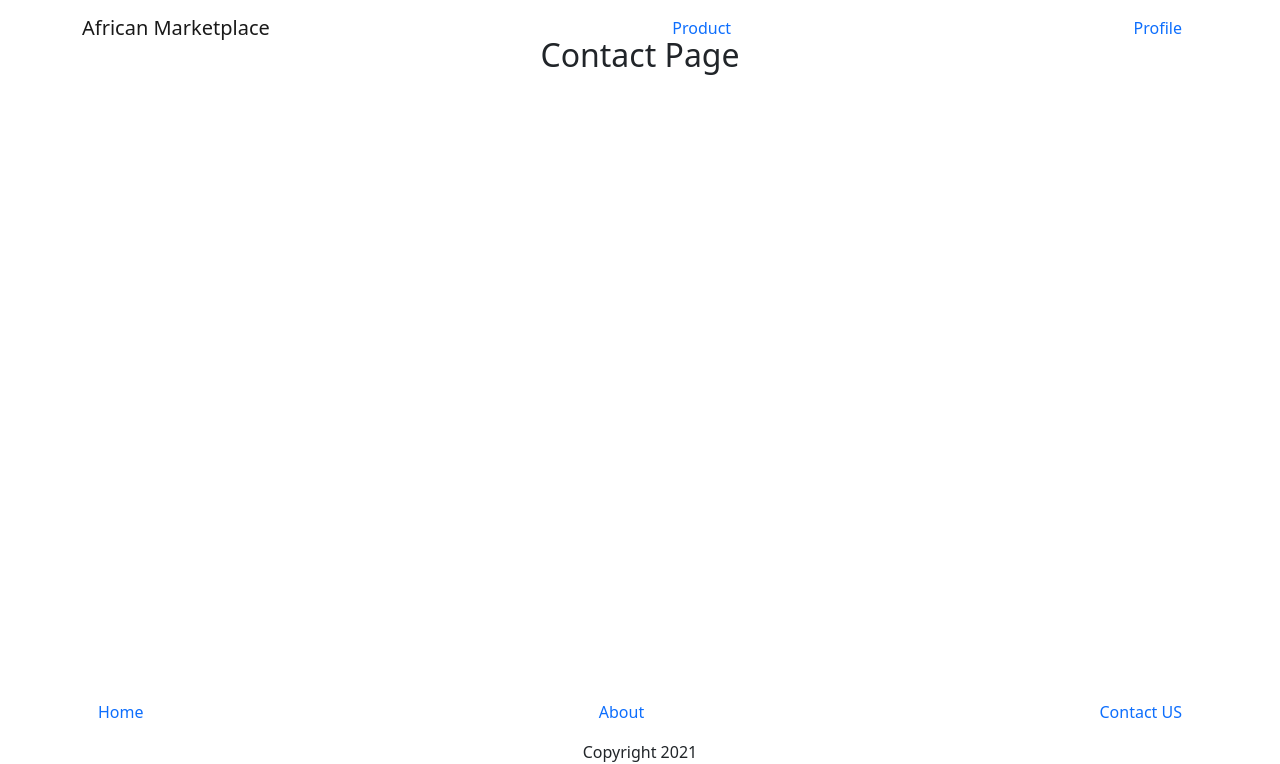
Repository: NelsonMaldonado/AfricanMarketplace
Page: /Contact (app in african-marketplace/)
These files come from the project's save history. The page is drawn as it stood at one moment and after the next save; the edit follows.
The browser window is 1280 px wide. The pictures show the whole page.
The project was rebuilt for these pictures with package versions that can differ from the ones it lists, and the page was loaded fresh each time. Also part of the build but not shown: african-marketplace/src/component/form_login.js, african-marketplace/src/page/home.js, african-marketplace/src/component/404.js, african-marketplace/src/page/about.js, african-marketplace/src/component/constant.js, african-marketplace/src/component/form_item.js, african-marketplace/src/component/form_listing_item.js, african-marketplace/src/page/product.js and 1 more.

Above is the page before, as saved 2021-08-23 08:51:33.

### african-marketplace/src/App.js
import "./App.css";
import HomePage from "./page/home";
import NavigationBar from "./component/navigation-bar";
import Page404 from "./component/404";
import Footer from "./component/footer";
import AboutPage from "./page/about";
import ProductPage from "./page/product";
import ProfilePage from "./page/profile";
import ContactPage from "./page/contact";
import { BrowserRouter, Route, Switch } from "react-router-dom";

function App() {
  return (
    <div className="App">
      <header>
        <NavigationBar />
      </header>
      <main>
        <BrowserRouter>
          <Switch>
            <Route exact path="/">
              <HomePage />
            </Route>
            <Route path="/product">
              <ProductPage />
            </Route>
            <Route path="/profile">
              <ProfilePage />
            </Route>
            <Route path="/About">
              <AboutPage />
            </Route>
            <Route path="/Contact">
              <ContactPage />
            </Route>

            <Route>
              <Page404 />
            </Route>
          </Switch>
        </BrowserRouter>
      </main>
      <footer>
        <Footer />
      </footer>
    </div>
  );
}

export default App;

### african-marketplace/src/App.css
.App {
  text-align: center;
}

.App-logo {
  height: 40vmin;
  pointer-events: none;
}

@media (prefers-reduced-motion: no-preference) {
  .App-logo {
    animation: App-logo-spin infinite 20s linear;
  }
}

.App-header {
  background-color: #282c34;
  min-height: 100vh;
  display: flex;
  flex-direction: column;
  align-items: center;
  justify-content: center;
  font-size: calc(10px + 2vmin);
  color: white;
}

.App-link {
  color: #61dafb;
}

header{
  height:5vh;
}

footer{
  height:5vh;
}

main{
  height:90vh;
}

.flex-column{
  display: flex;
  flex-direction: column;
}

.flex-row{
  display: flex;
  flex-direction: row;
}

@keyframes App-logo-spin {
  from {
    transform: rotate(0deg);
  }
  to {
    transform: rotate(360deg);
  }
}

### african-marketplace/src/component/navigation-bar.js
import { Navbar, Nav, Container } from "react-bootstrap";
import "bootstrap/dist/css/bootstrap.min.css";

export default function NavigationBar(props) {
  return (
    <Navbar>
      <Container>
        <Navbar.Brand href="/">African Marketplace</Navbar.Brand>
        <Nav.Link href="/product">Product</Nav.Link>
        <Nav.Link href="/profile">Profile</Nav.Link>
      </Container>
    </Navbar>
  );
}

### african-marketplace/src/component/footer.js
import { Navbar, Nav, Container } from "react-bootstrap";
import "bootstrap/dist/css/bootstrap.min.css";

export default function Footer(props) {
  return (
    <div>
      <Navbar>
        <Container>
          <Nav.Link href="/">Home</Nav.Link>
          <Nav.Link href="/about">About</Nav.Link>
          <Nav.Link href="/contact">Contact US</Nav.Link>
        </Container>
      </Navbar>
      <p>Copyright 2021</p>
    </div>
  );
}

### african-marketplace/src/page/contact.js
import React from "react";

export default function ContactPage(props) {
  return (
    <div>
      <h2>Contact Page</h2>
    </div>
  );
}

Loaded but not shown: african-marketplace/public/index.html (common file); african-marketplace/src/index.js (common file); african-marketplace/src/index.css (common file); african-marketplace/src/reportWebVitals.js (common file)

After the next save:
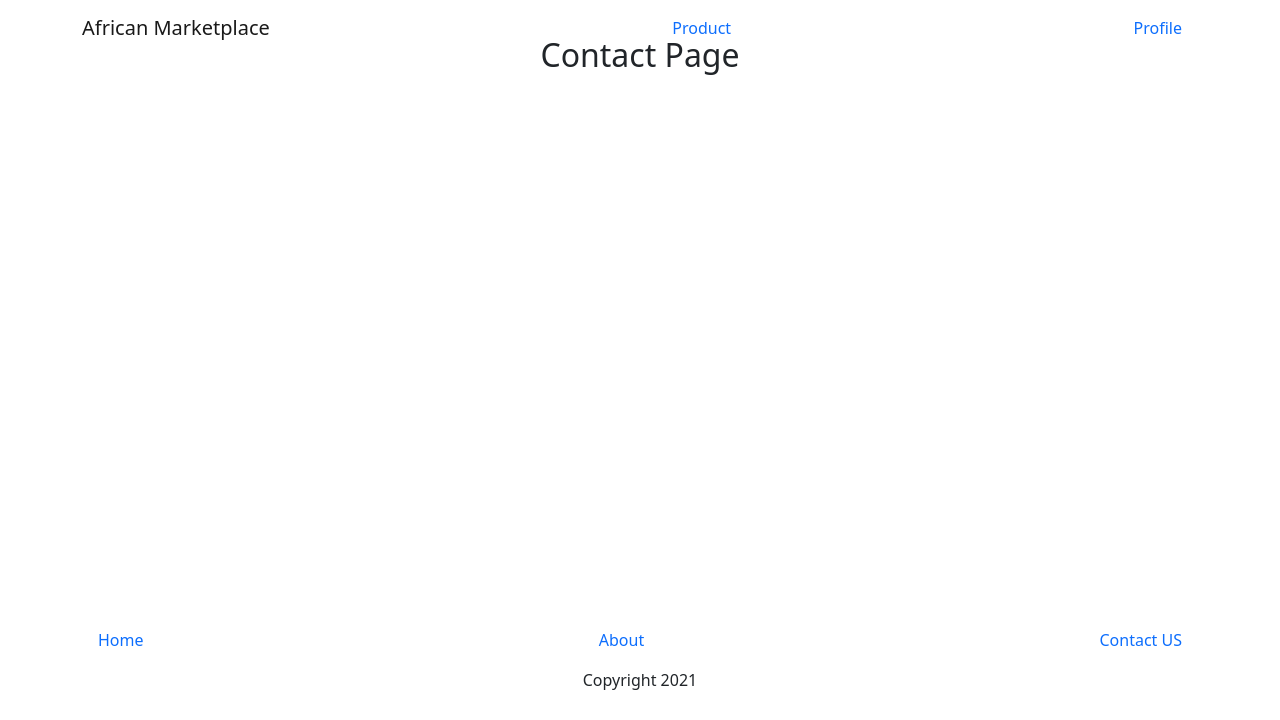
Saved 84 s later.
--- a/african-marketplace/src/App.css
+++ b/african-marketplace/src/App.css
@@ -37,7 +37,7 @@ footer{
 }
 
 main{
-  height:90vh;
+  height:80vh;
 }
 
 .flex-column{
